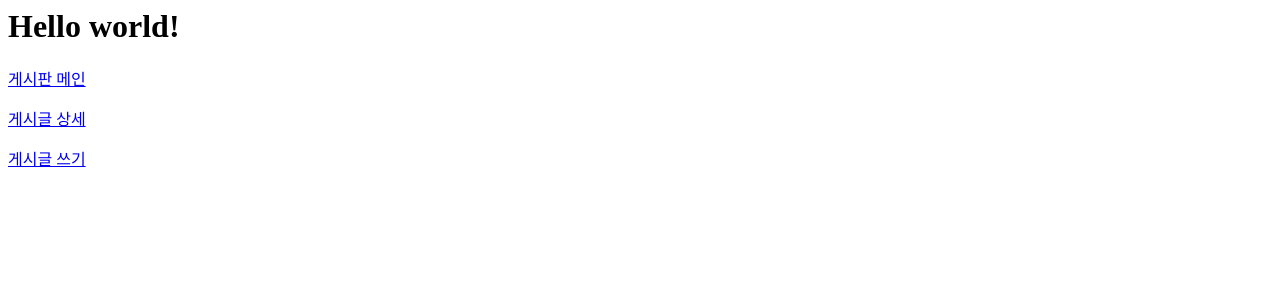
Repository: HJCroCat/project4
Page: http://localhost/koravle/
The author's editor kept a copy of each file at every save. The page is drawn from the files as they stood at one save, then again after the next save.
The browser window is 1280 px wide. The pictures show the whole page.
The page is served by Tomcat 9. Nobody is signed in. The application's start-up code is not run. Other server files are loaded and not shown.

Above is the page before, as saved 2021-12-15 06:07:57.

### koravle/koravle/src/main/webapp/index.jsp
<%@ page language="java" contentType="text/html; charset=UTF-8"
    pageEncoding="UTF-8"%>

<html>
<head>
	<title>Home</title>
</head>
<body>
<h1>
	Hello world!
</h1>


<p> <a href="getBoardList.do">게시판 메인</a>
<p> <a href="getBoard.do">게시글 상세</a>
<p> <a href="insertBoard.do">게시글 쓰기</a>


</body>
</html>

After the next save:
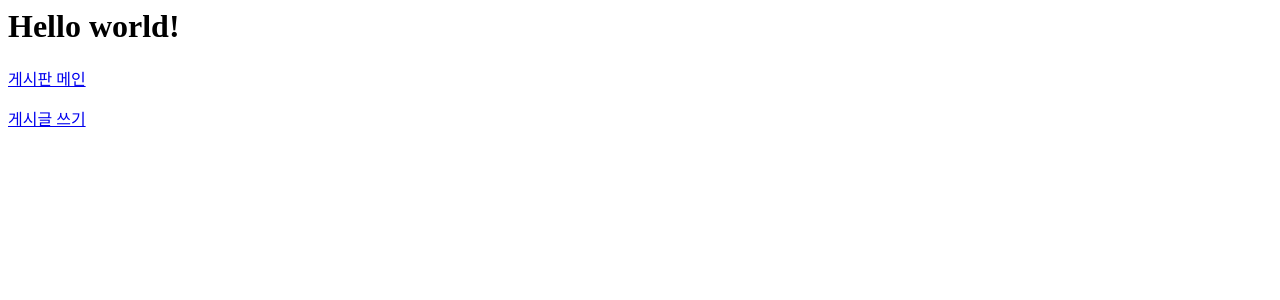
Saved 40 min 16 s later.
--- a/koravle/koravle/src/main/webapp/index.jsp
+++ b/koravle/koravle/src/main/webapp/index.jsp
@@ -12,7 +12,6 @@
 
 
 <p> <a href="getBoardList.do">게시판 메인</a>
-<p> <a href="getBoard.do">게시글 상세</a>
 <p> <a href="insertBoard.do">게시글 쓰기</a>
 
 
